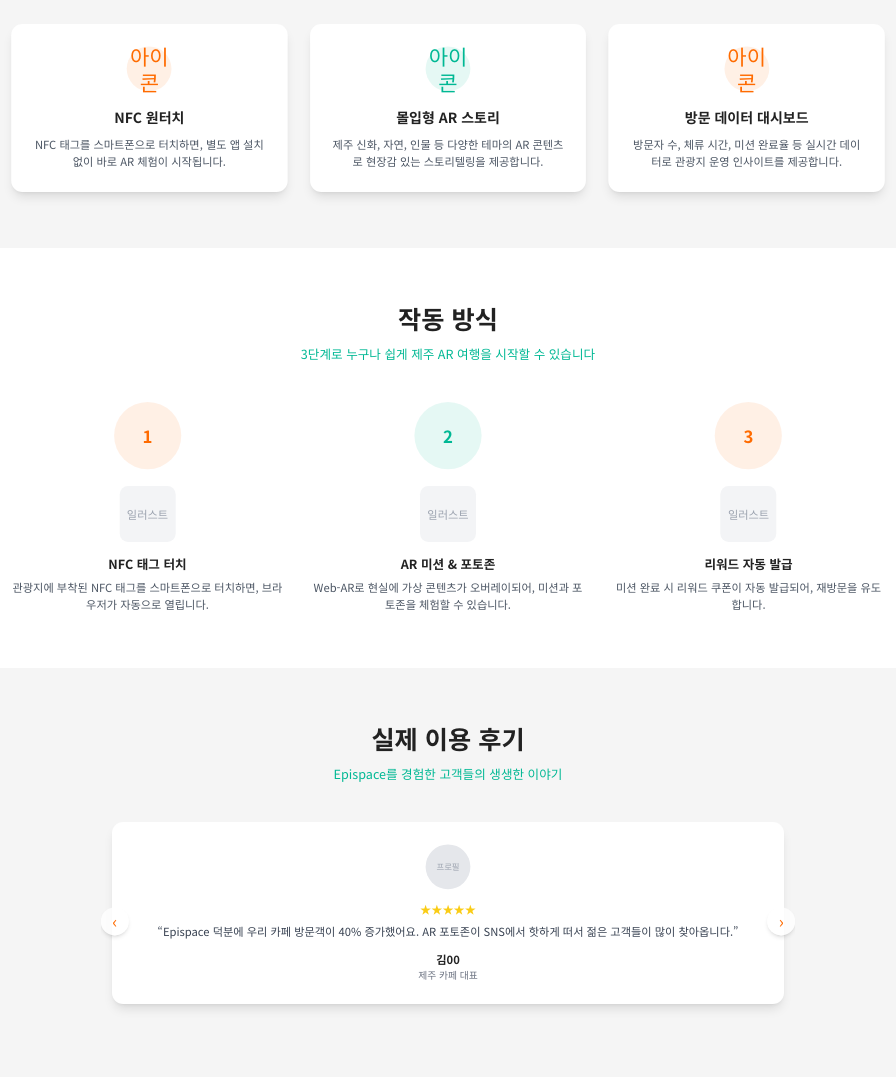
Repository: LILYSUMMER/LilyEpi
Page: sample.html
These files come from the project's save history. The page is drawn as it stood at one moment and after the next save; the edit follows.
The browser window is 1280 px wide. The pictures show the part of the page from y = 906 to 2826 px (the page is 2444 px tall before and 2826 px after), at 70% of full size.
Some web libraries are served in a nearby version.

Above is the page before, as saved 2025-06-19 18:36:38.

### sample.html
<!DOCTYPE html>
<html lang="ko">
<head>
  <meta charset="UTF-8">
  <meta name="viewport" content="width=device-width, initial-scale=1.0">
  <title>Epispace | 앱 설치 없이 즐기는 제주 AR 여행</title>
  <meta name="description" content="앱 설치 없이 브라우저에서 바로 즐기는 Jeju AR 여행, Epispace">
  <meta name="theme-color" content="#FF6B00">
  <link rel="preconnect" href="https://fonts.googleapis.com">
  <link rel="preconnect" href="https://fonts.gstatic.com" crossorigin>
  <link href="https://fonts.googleapis.com/css2?family=Inter:wght@400;600;700&family=Noto+Sans+KR:wght@400;700&display=swap" rel="stylesheet">
  <script src="https://cdn.tailwindcss.com"></script>
  <script>
    tailwind.config = {
      theme: {
        extend: {
          fontFamily: {
            sans: ['Noto Sans KR', 'Inter', 'sans-serif'],
          },
          colors: {
            primary: '#FF6B00',
            secondary: '#00B894',
            dark: '#222222',
            light: '#F5F5F5',
          },
        },
      },
    }
  </script>
  <style>
    body { font-family: 'Noto Sans KR', 'Inter', sans-serif; }
    .nav-bg {
      transition: background 0.3s;
      background: transparent;
    }
    .nav-bg.scrolled {
      background: #fff;
      box-shadow: 0 2px 8px 0 rgba(34,34,34,0.04);
    }
  </style>
</head>
<body class="bg-light text-dark">
  <!-- Sticky Navigation -->
  <nav id="mainNav" class="nav-bg fixed top-0 left-0 w-full z-50">
    <div class="max-w-7xl mx-auto flex items-center justify-between px-4 py-3">
      <span class="text-2xl font-bold text-primary">Epispace</span>
      <div class="hidden md:flex gap-8 text-base font-medium">
        <a href="#features" class="hover:text-primary transition">핵심 기능</a>
        <a href="#how" class="hover:text-primary transition">작동 방식</a>
        <a href="#testimonials" class="hover:text-primary transition">후기</a>
        <a href="#contact" class="hover:text-primary transition">문의</a>
      </div>
    </div>
  </nav>

  <!-- Hero Section -->
  <section class="relative min-h-screen flex items-center justify-center pt-24 pb-16 bg-light overflow-hidden">
    <!-- 배경 이미지 (WebP, lazy) -->
    <img src="<placeholder>" data-src="/assets/jeju-hero-bg.webp" alt="제주 AR 배경" class="absolute inset-0 w-full h-full object-cover object-center opacity-80 -z-10" loading="lazy" />
    <!-- 그라디언트 오버레이 -->
    <div class="absolute inset-0 bg-gradient-to-b from-black/60 via-transparent to-light -z-10"></div>
    <!-- Lottie 애니메이션 Placeholder -->
    <div class="absolute right-8 bottom-8 w-40 h-40 md:w-64 md:h-64 pointer-events-none select-none">
      <div class="w-full h-full flex items-center justify-center bg-white/30 rounded-full">
        <span class="text-xs text-gray-500">Lottie <br> <placeholder></span>
      </div>
    </div>
    <!-- Hero Content -->
    <div class="relative z-10 text-center max-w-2xl mx-auto">
      <h1 class="text-4xl md:text-6xl font-extrabold leading-tight mb-6 text-white drop-shadow-lg">
        앱 설치 없이<br>브라우저에서 바로 즐기는<br><span class="text-primary">Jeju AR 여행</span>
      </h1>
      <p class="text-lg md:text-2xl text-light mb-8 font-medium">
        미래형 제주 관광, Epispace와 함께 경험하세요.
      </p>
      <a href="#features" class="inline-block bg-primary text-white px-8 py-4 rounded-full text-lg font-semibold shadow-lg hover:bg-orange-600 transition">
        체험 시작하기
      </a>
    </div>
  </section>

  <!-- 3-Feature Cards Section -->
  <section id="features" class="py-20 bg-light">
    <div class="max-w-7xl mx-auto px-4">
      <div class="text-center mb-14">
        <h2 class="text-3xl md:text-4xl font-bold text-dark mb-4">Epispace 핵심 기능</h2>
        <p class="text-lg text-secondary">앱 설치 없이, 누구나 쉽게 즐기는 제주 AR 관광</p>
      </div>
      <div class="grid grid-cols-1 md:grid-cols-3 gap-8">
        <!-- Feature 1 -->
        <div class="bg-white rounded-2xl shadow-lg p-8 flex flex-col items-center text-center hover:shadow-xl transition">
          <div class="w-16 h-16 mb-6 flex items-center justify-center bg-primary/10 rounded-full">
            <span class="text-3xl text-primary"><placeholder>아이콘</placeholder></span>
          </div>
          <h3 class="text-xl font-bold text-dark mb-3">NFC 원터치</h3>
          <p class="text-base text-gray-600">NFC 태그를 스마트폰으로 터치하면, 별도 앱 설치 없이 바로 AR 체험이 시작됩니다.</p>
        </div>
        <!-- Feature 2 -->
        <div class="bg-white rounded-2xl shadow-lg p-8 flex flex-col items-center text-center hover:shadow-xl transition">
          <div class="w-16 h-16 mb-6 flex items-center justify-center bg-secondary/10 rounded-full">
            <span class="text-3xl text-secondary"><placeholder>아이콘</placeholder></span>
          </div>
          <h3 class="text-xl font-bold text-dark mb-3">몰입형 AR 스토리</h3>
          <p class="text-base text-gray-600">제주 신화, 자연, 인물 등 다양한 테마의 AR 콘텐츠로 현장감 있는 스토리텔링을 제공합니다.</p>
        </div>
        <!-- Feature 3 -->
        <div class="bg-white rounded-2xl shadow-lg p-8 flex flex-col items-center text-center hover:shadow-xl transition">
          <div class="w-16 h-16 mb-6 flex items-center justify-center bg-primary/10 rounded-full">
            <span class="text-3xl text-primary"><placeholder>아이콘</placeholder></span>
          </div>
          <h3 class="text-xl font-bold text-dark mb-3">방문 데이터 대시보드</h3>
          <p class="text-base text-gray-600">방문자 수, 체류 시간, 미션 완료율 등 실시간 데이터로 관광지 운영 인사이트를 제공합니다.</p>
        </div>
      </div>
    </div>
  </section>

  <!-- How-it-Works 3-Step Illustration Section -->
  <section id="how" class="py-20 bg-white">
    <div class="max-w-7xl mx-auto px-4">
      <div class="text-center mb-14">
        <h2 class="text-3xl md:text-4xl font-bold text-dark mb-4">작동 방식</h2>
        <p class="text-lg text-secondary">3단계로 누구나 쉽게 제주 AR 여행을 시작할 수 있습니다</p>
      </div>
      <div class="grid grid-cols-1 md:grid-cols-3 gap-10">
        <!-- Step 1 -->
        <div class="flex flex-col items-center text-center">
          <div class="w-24 h-24 mb-6 flex items-center justify-center bg-primary/10 rounded-full">
            <span class="text-2xl text-primary font-bold">1</span>
          </div>
          <div class="w-20 h-20 mb-4 flex items-center justify-center bg-gray-100 rounded-xl">
            <span class="text-base text-gray-400"><placeholder>일러스트</placeholder></span>
          </div>
          <h3 class="text-lg font-bold text-dark mb-2">NFC 태그 터치</h3>
          <p class="text-base text-gray-600">관광지에 부착된 NFC 태그를 스마트폰으로 터치하면, 브라우저가 자동으로 열립니다.</p>
        </div>
        <!-- Step 2 -->
        <div class="flex flex-col items-center text-center">
          <div class="w-24 h-24 mb-6 flex items-center justify-center bg-secondary/10 rounded-full">
            <span class="text-2xl text-secondary font-bold">2</span>
          </div>
          <div class="w-20 h-20 mb-4 flex items-center justify-center bg-gray-100 rounded-xl">
            <span class="text-base text-gray-400"><placeholder>일러스트</placeholder></span>
          </div>
          <h3 class="text-lg font-bold text-dark mb-2">AR 미션 & 포토존</h3>
          <p class="text-base text-gray-600">Web-AR로 현실에 가상 콘텐츠가 오버레이되어, 미션과 포토존을 체험할 수 있습니다.</p>
        </div>
        <!-- Step 3 -->
        <div class="flex flex-col items-center text-center">
          <div class="w-24 h-24 mb-6 flex items-center justify-center bg-primary/10 rounded-full">
            <span class="text-2xl text-primary font-bold">3</span>
          </div>
          <div class="w-20 h-20 mb-4 flex items-center justify-center bg-gray-100 rounded-xl">
            <span class="text-base text-gray-400"><placeholder>일러스트</placeholder></span>
          </div>
          <h3 class="text-lg font-bold text-dark mb-2">리워드 자동 발급</h3>
          <p class="text-base text-gray-600">미션 완료 시 리워드 쿠폰이 자동 발급되어, 재방문을 유도합니다.</p>
        </div>
      </div>
    </div>
  </section>

  <!-- Testimonial Carousel Section -->
  <section id="testimonials" class="py-20 bg-light">
    <div class="max-w-5xl mx-auto px-4">
      <div class="text-center mb-14">
        <h2 class="text-3xl md:text-4xl font-bold text-dark mb-4">실제 이용 후기</h2>
        <p class="text-lg text-secondary">Epispace를 경험한 고객들의 생생한 이야기</p>
      </div>
      <!-- Carousel Wrapper -->
      <div class="relative overflow-hidden">
        <div id="testimonial-carousel" class="flex transition-transform duration-500">
          <!-- Testimonial 1 -->
          <div class="min-w-full px-4">
            <div class="bg-white rounded-2xl shadow-lg p-8 flex flex-col items-center text-center">
              <div class="w-16 h-16 mb-4 rounded-full bg-gray-200 flex items-center justify-center overflow-hidden">
                <span class="text-xs text-gray-400"><placeholder>프로필</placeholder></span>
              </div>
              <div class="flex mb-2 text-yellow-400">
                <span>★</span><span>★</span><span>★</span><span>★</span><span>★</span>
              </div>
              <p class="text-base text-gray-700 mb-4">“Epispace 덕분에 우리 카페 방문객이 40% 증가했어요. AR 포토존이 SNS에서 핫하게 떠서 젊은 고객들이 많이 찾아옵니다.”</p>
              <div>
                <p class="font-bold text-dark">김00</p>
                <p class="text-sm text-gray-500">제주 카페 대표</p>
              </div>
            </div>
          </div>
          <!-- Testimonial 2 -->
          <div class="min-w-full px-4">
            <div class="bg-white rounded-2xl shadow-lg p-8 flex flex-col items-center text-center">
              <div class="w-16 h-16 mb-4 rounded-full bg-gray-200 flex items-center justify-center overflow-hidden">
                <span class="text-xs text-gray-400"><placeholder>프로필</placeholder></span>
              </div>
              <div class="flex mb-2 text-yellow-400">
                <span>★</span><span>★</span><span>★</span><span>★</span><span>★</span>
              </div>
              <p class="text-base text-gray-700 mb-4">“제주 여행 콘텐츠를 만들 때 Epispace의 AR 체험이 정말 유용해요. 팔로워들이 실제로 체험하고 싶어서 제주 방문을 계획한다는 댓글이 많아요.”</p>
              <div>
                <p class="font-bold text-dark">박00</p>
                <p class="text-sm text-gray-500">여행 인플루언서</p>
              </div>
            </div>
          </div>
        </div>
        <!-- Carousel Controls (placeholder) -->
        <div class="absolute left-0 top-1/2 -translate-y-1/2">
          <button id="prevTestimonial" class="bg-white/80 hover:bg-white text-primary rounded-full w-10 h-10 flex items-center justify-center shadow-md">
            <span class="text-2xl">‹</span>
          </button>
        </div>
        <div class="absolute right-0 top-1/2 -translate-y-1/2">
          <button id="nextTestimonial" class="bg-white/80 hover:bg-white text-primary rounded-full w-10 h-10 flex items-center justify-center shadow-md">
            <span class="text-2xl">›</span>
          </button>
        </div>
      </div>
    </div>
    <script>
      // 최소한의 Carousel 동작 (2개 슬라이드)
      const carousel = document.getElementById('testimonial-carousel');
      let idx = 0;
      document.getElementById('prevTestimonial').onclick = function() {
        idx = (idx === 0) ? 1 : 0;
        carousel.style.transform = `translateX(-${idx * 100}%)`;
      };
      document.getElementById('nextTestimonial').onclick = function() {
        idx = (idx === 1) ? 0 : 1;
        carousel.style.transform = `translateX(-${idx * 100}%)`;
      };
    </script>
  </section>

  <script>
    // Sticky Nav 색상 전환
    window.addEventListener('scroll', function() {
      const nav = document.getElementById('mainNav');
      if(window.scrollY > 10) nav.classList.add('scrolled');
      else nav.classList.remove('scrolled');
    });
  </script>
</body>
</html>

After the next save:
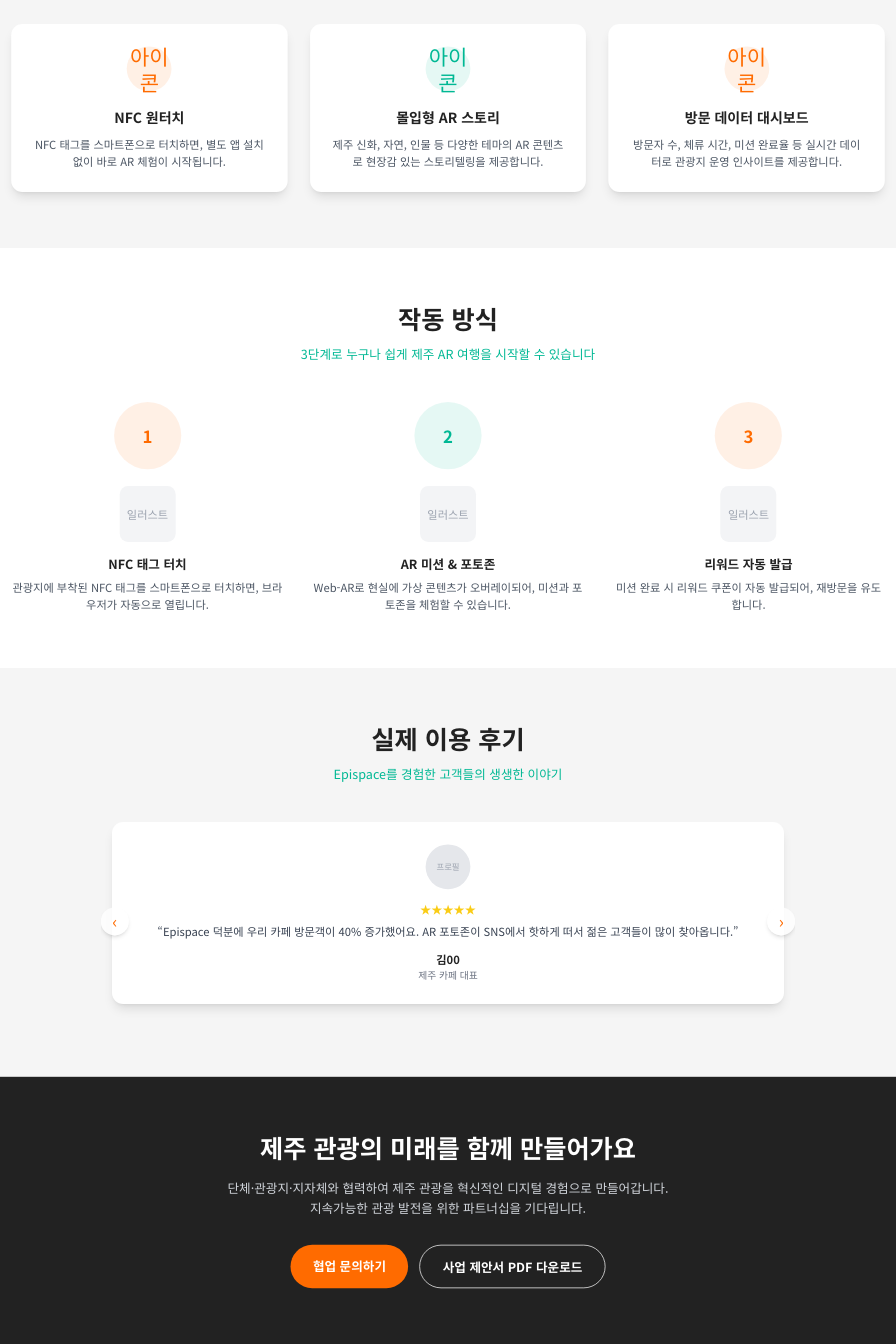
Saved 73 s later.
--- a/sample.html
+++ b/sample.html
@@ -231,6 +231,25 @@
     </script>
   </section>
 
+  <!-- Secondary CTA Section -->
+  <section class="py-20 bg-dark text-white">
+    <div class="max-w-4xl mx-auto px-4 text-center">
+      <h2 class="text-3xl md:text-4xl font-bold mb-6">제주 관광의 미래를 함께 만들어가요</h2>
+      <p class="text-lg text-gray-300 mb-10 max-w-2xl mx-auto">
+        단체·관광지·지자체와 협력하여 제주 관광을 혁신적인 디지털 경험으로 만들어갑니다.<br>
+        지속가능한 관광 발전을 위한 파트너십을 기다립니다.
+      </p>
+      <div class="flex flex-col sm:flex-row gap-4 justify-center">
+        <a href="mailto:contact@epispace.kr?subject=Epispace 협업 문의&body=안녕하세요, Epispace와의 협업을 문의드립니다.%0D%0A%0D%0A기관/회사명:%0D%0A담당자명:%0D%0A연락처:%0D%0A협업 희망 분야:%0D%0A%0D%0A협업 제안 내용:%0D%0A%0D%0A감사합니다." class="bg-primary text-white px-8 py-4 rounded-full text-lg font-semibold hover:bg-orange-600 transition-colors inline-block">
+          협업 문의하기
+        </a>
+        <a href="./assets/epispace-business-proposal.pdf" target="_blank" class="border border-white text-white px-8 py-4 rounded-full text-lg font-semibold hover:bg-white hover:text-dark transition-colors inline-block">
+          사업 제안서 PDF 다운로드
+        </a>
+      </div>
+    </div>
+  </section>
+
   <script>
     // Sticky Nav 색상 전환
     window.addEventListener('scroll', function() {
